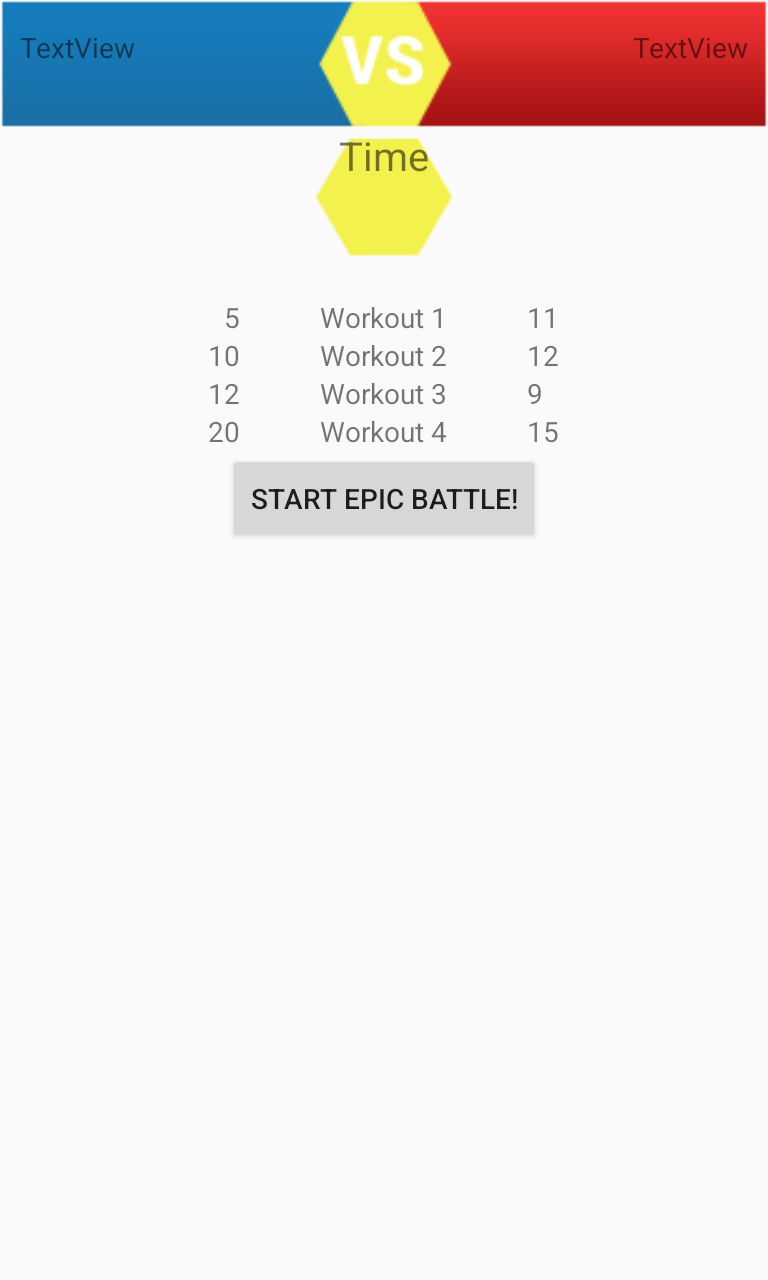
Repository: hackathon-2014/devdroid-repo
Layout: HealthyCompetition/res/layout/battlefield_layout.xml
The author's editor kept a copy of each file at every save. The layout is drawn from the files as they stood at one save, then again after the next save.
It is drawn on a 768 x 1280 px phone screen (xhdpi) without system bars, with theme AppTheme; the app's code is not run.

Above is the layout before, as saved 2014-08-23 20:03:38.

### HealthyCompetition/res/layout/battlefield_layout.xml
<?xml version="1.0" encoding="utf-8"?>
<LinearLayout xmlns:android="http://schemas.android.com/apk/res/android"
    android:layout_width="match_parent"
    android:layout_height="match_parent"
    android:orientation="vertical" >

    <RelativeLayout
        android:id="@+id/relative_layout_versus"
        android:layout_width="match_parent"
        android:layout_height="wrap_content" >

        <ImageView
            android:id="@+id/versus_image"
            android:layout_width="match_parent"
            android:layout_height="wrap_content"
            android:background="@drawable/versus_banner_9" />
        <ImageView
            android:id="@+id/timer_image"
            android:layout_width="70dp"
            android:layout_height="70dp"
            android:layout_below="@+id/versus_image"
            android:layout_centerHorizontal="true"
            android:background="@drawable/clockBG_9" />

        <TextView
            android:id="@+id/time_view"
            android:layout_width="wrap_content"
            android:layout_height="wrap_content"
            android:layout_below="@+id/versus_image"
            android:layout_centerHorizontal="true"

            android:text="Time"
            android:textSize="20dp" />

        <TextView
            android:id="@+id/player_one_name"
            android:layout_width="wrap_content"
            android:layout_height="wrap_content"
            android:layout_alignParentLeft="true"
            android:layout_alignParentTop="true"
            android:layout_marginLeft="10dp"
            android:layout_marginTop="14dp"
            android:text="TextView" />

        <TextView
            android:id="@+id/player_two_name"
            android:layout_width="wrap_content"
            android:layout_height="wrap_content"
            android:layout_alignBaseline="@+id/player_one_name"
            android:layout_alignBottom="@+id/player_one_name"
            android:layout_alignParentRight="true"
            android:layout_alignParentTop="true"
            android:layout_marginRight="10dp"
            android:text="TextView" />
    </RelativeLayout>

    <RelativeLayout
        android:id="@+id/workout_layout_one"
        android:layout_width="match_parent"
        android:layout_height="wrap_content"
        android:layout_marginTop="15dp"
        android:orientation="vertical" >

        <TextView
            android:id="@+id/workout_one"
            android:layout_width="wrap_content"
            android:layout_height="wrap_content"
            android:layout_centerHorizontal="true"
            android:text="Workout 1" />

        <TextView
            android:id="@+id/playerone_workoutone"
            android:layout_width="wrap_content"
            android:layout_height="wrap_content"
            android:layout_alignParentTop="true"
            android:layout_marginRight="40dp"
            android:layout_toLeftOf="@+id/workout_one"
            android:text="5" />

        <TextView
            android:id="@+id/playertwo_workoutone"
            android:layout_width="wrap_content"
            android:layout_height="wrap_content"
            android:layout_alignParentTop="true"
            android:layout_marginLeft="40dp"
            android:layout_toRightOf="@+id/workout_one"
            android:text="11" />
    </RelativeLayout>

    <RelativeLayout
        android:id="@+id/workout_layout_two"
        android:layout_width="match_parent"
        android:layout_height="wrap_content"
        android:orientation="vertical" >

        <TextView
            android:id="@+id/workout_two"
            android:layout_width="wrap_content"
            android:layout_height="wrap_content"
            android:layout_centerHorizontal="true"
            android:text="Workout 2" />

        <TextView
            android:id="@+id/playerone_workouttwo"
            android:layout_width="wrap_content"
            android:layout_height="wrap_content"
            android:layout_alignParentTop="true"
            android:layout_marginRight="40dp"
            android:layout_toLeftOf="@+id/workout_two"
            android:text="10" />

        <TextView
            android:id="@+id/playertwo_workouttwo"
            android:layout_width="wrap_content"
            android:layout_height="wrap_content"
            android:layout_alignParentTop="true"
            android:layout_marginLeft="40dp"
            android:layout_toRightOf="@+id/workout_two"
            android:text="12" />
    </RelativeLayout>

    <RelativeLayout
        android:id="@+id/workout_layout_three"
        android:layout_width="match_parent"
        android:layout_height="wrap_content"
        android:orientation="vertical" >

        <TextView
            android:id="@+id/workout_three"
            android:layout_width="wrap_content"
            android:layout_height="wrap_content"
            android:layout_centerHorizontal="true"
            android:text="Workout 3" />

        <TextView
            android:id="@+id/playerone_workoutthree"
            android:layout_width="wrap_content"
            android:layout_height="wrap_content"
            android:layout_alignParentTop="true"
            android:layout_marginRight="40dp"
            android:layout_toLeftOf="@+id/workout_three"
            android:text="12" />

        <TextView
            android:id="@+id/playertwo_workoutthree"
            android:layout_width="wrap_content"
            android:layout_height="wrap_content"
            android:layout_alignParentTop="true"
            android:layout_marginLeft="40dp"
            android:layout_toRightOf="@+id/workout_three"
            android:text="9" />
    </RelativeLayout>

    <RelativeLayout
        android:id="@+id/workout_layout_four"
        android:layout_width="match_parent"
        android:layout_height="wrap_content"
        android:orientation="vertical" >

        <TextView
            android:id="@+id/workout_four"
            android:layout_width="wrap_content"
            android:layout_height="wrap_content"
            android:layout_centerHorizontal="true"
            android:text="Workout 4" />

        <TextView
            android:id="@+id/playerone_workoutfour"
            android:layout_width="wrap_content"
            android:layout_height="wrap_content"
            android:layout_alignParentTop="true"
            android:layout_marginRight="40dp"
            android:layout_toLeftOf="@+id/workout_four"
            android:text="20" />

        <TextView
            android:id="@+id/playertwo_workoutfour"
            android:layout_width="wrap_content"
            android:layout_height="wrap_content"
            android:layout_alignParentTop="true"
            android:layout_marginLeft="40dp"
            android:layout_toRightOf="@+id/workout_four"
            android:text="15" />
    </RelativeLayout>

    <RelativeLayout
        android:layout_width="match_parent"
        android:layout_height="wrap_content" >

        <Button
            android:id="@+id/button1"
            android:layout_width="wrap_content"
            android:layout_height="wrap_content"
            android:layout_centerHorizontal="true"
            android:text="Start Epic Battle!" />
    </RelativeLayout>

</LinearLayout>

Loaded but not shown: HealthyCompetition/res/values/styles.xml (common file); HealthyCompetition/res/values-v11/styles.xml (common file); HealthyCompetition/res/values-v14/styles.xml (common file)

After the next save:
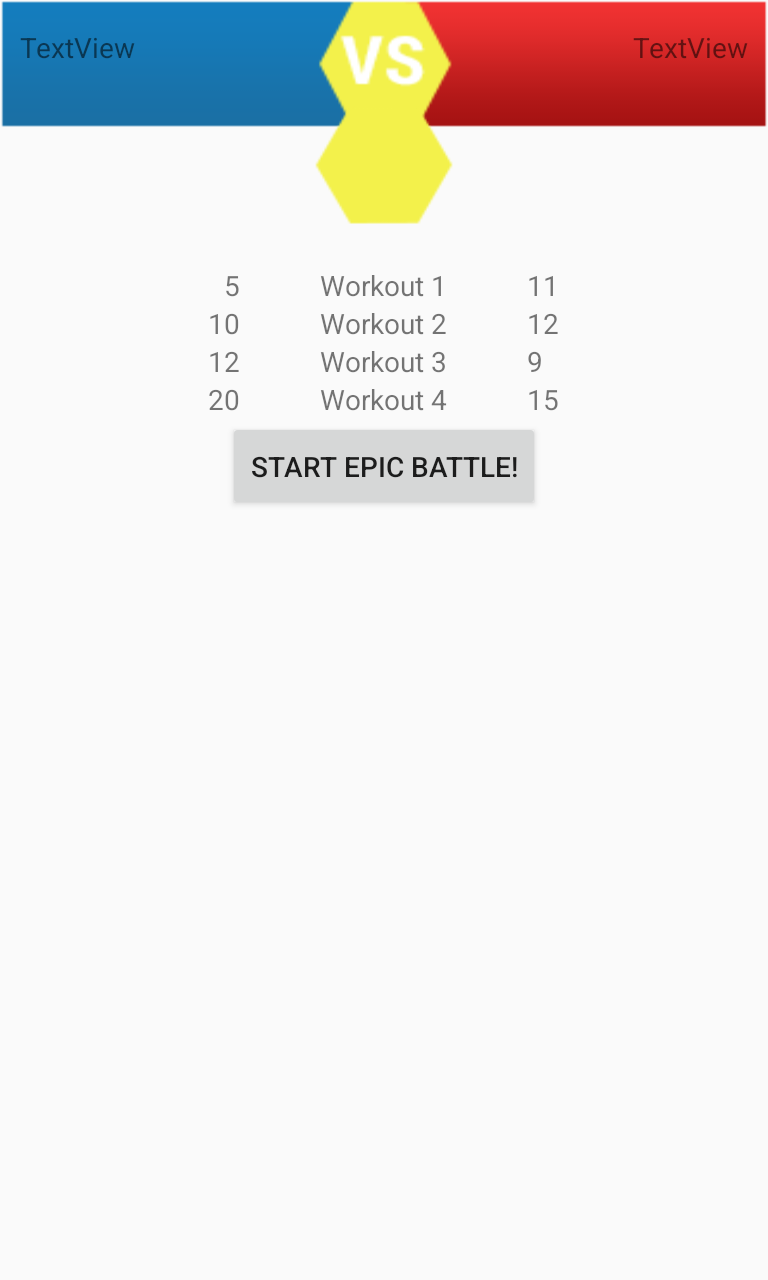
Saved 36 s later.
--- a/HealthyCompetition/res/layout/battlefield_layout.xml
+++ b/HealthyCompetition/res/layout/battlefield_layout.xml
@@ -14,44 +14,47 @@
             android:layout_width="match_parent"
             android:layout_height="wrap_content"
             android:background="@drawable/versus_banner_9" />
+
+        <TextView
+            android:id="@+id/time_view"
+            android:layout_width="wrap_content"
+            android:layout_height="wrap_content"
+            android:layout_below="@+id/versus_image"
+            android:layout_centerHorizontal="true"
+
+            android:text="Time"
+            android:textSize="20dp" />
+
+        <TextView
+            android:id="@+id/player_one_name"
+            android:layout_width="wrap_content"
+            android:layout_height="wrap_content"
+            android:layout_alignParentLeft="true"
+            android:layout_alignParentTop="true"
+            android:layout_marginLeft="10dp"
+            android:layout_marginTop="14dp"
+            android:text="TextView" />
+
+        <TextView
+            android:id="@+id/player_two_name"
+            android:layout_width="wrap_content"
+            android:layout_height="wrap_content"
+            android:layout_alignBaseline="@+id/player_one_name"
+            android:layout_alignBottom="@+id/player_one_name"
+            android:layout_alignParentRight="true"
+            android:layout_alignParentTop="true"
+            android:layout_marginRight="10dp"
+            android:text="TextView" />
+
         <ImageView
             android:id="@+id/timer_image"
             android:layout_width="70dp"
             android:layout_height="70dp"
-            android:layout_below="@+id/versus_image"
-            android:layout_centerHorizontal="true"
+            android:layout_below="@+id/player_two_name"
+            android:layout_centerHorizontal="true"
+            android:layout_marginTop="15dp"
             android:background="@drawable/clockBG_9" />
 
-        <TextView
-            android:id="@+id/time_view"
-            android:layout_width="wrap_content"
-            android:layout_height="wrap_content"
-            android:layout_below="@+id/versus_image"
-            android:layout_centerHorizontal="true"
-
-            android:text="Time"
-            android:textSize="20dp" />
-
-        <TextView
-            android:id="@+id/player_one_name"
-            android:layout_width="wrap_content"
-            android:layout_height="wrap_content"
-            android:layout_alignParentLeft="true"
-            android:layout_alignParentTop="true"
-            android:layout_marginLeft="10dp"
-            android:layout_marginTop="14dp"
-            android:text="TextView" />
-
-        <TextView
-            android:id="@+id/player_two_name"
-            android:layout_width="wrap_content"
-            android:layout_height="wrap_content"
-            android:layout_alignBaseline="@+id/player_one_name"
-            android:layout_alignBottom="@+id/player_one_name"
-            android:layout_alignParentRight="true"
-            android:layout_alignParentTop="true"
-            android:layout_marginRight="10dp"
-            android:text="TextView" />
     </RelativeLayout>
 
     <RelativeLayout
